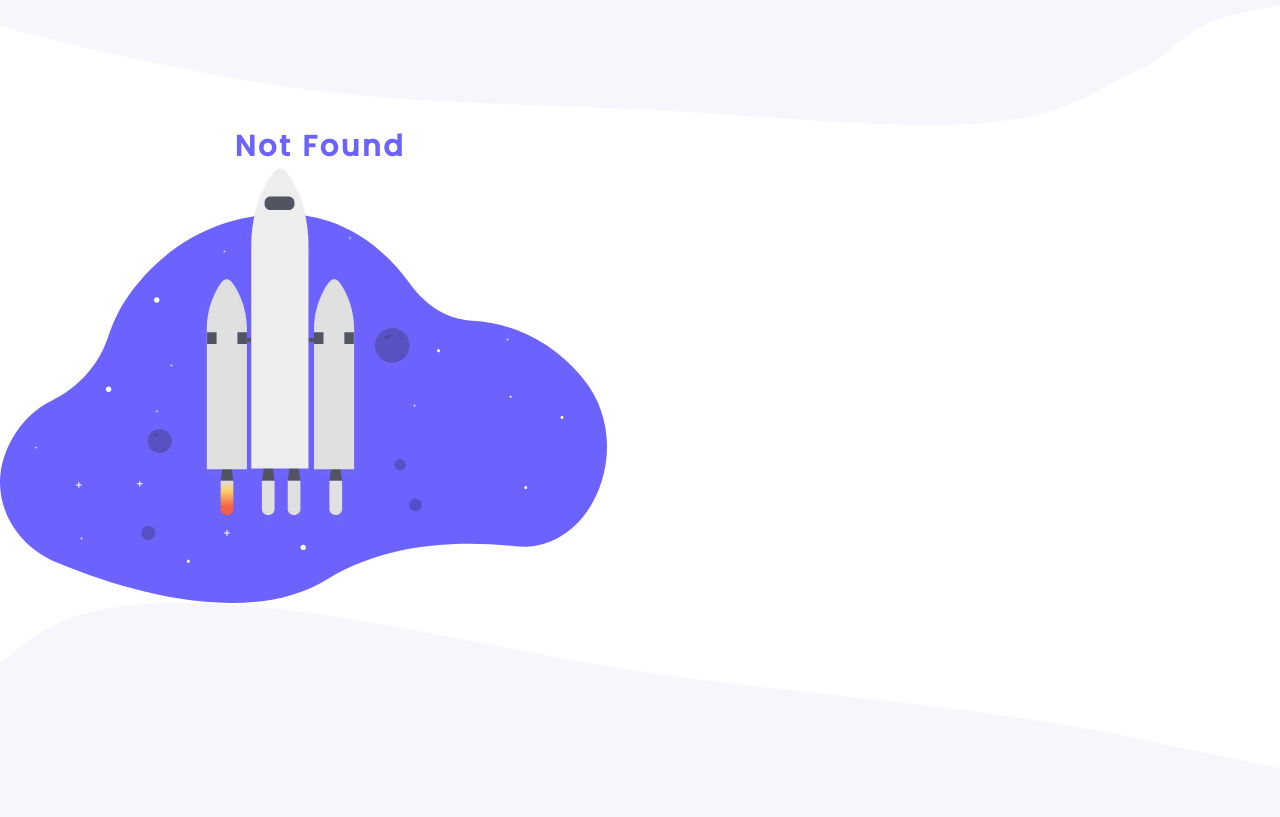
Repository: BrunoBross/countdown
Page: 404.html
These files come from the project's save history. The page is drawn as it stood at one moment and after the next save; the edit follows.
The browser window is 1280 px wide. The pictures show the whole page.

Above is the page before, as saved 2021-11-30 01:40:56.
Console error: TypeError: Cannot set properties of null (setting 'innerHTML')

### 404.html
<!DOCTYPE html>
<html lang="en">
<head>
  <meta charset="UTF-8">
  <meta http-equiv="X-UA-Compatible" content="IE=edge">
  <meta name="viewport" content="width=device-width, initial-scale=1.0">
  <link rel="shortcut icon" href="assets/rocket.svg" type="image/x-icon" />
  <title>404 - Not found</title>
  <link rel="stylesheet" href="./style.css">
  <link rel="preconnect" href="https://fonts.googleapis.com">
  <link rel="preconnect" href="https://fonts.gstatic.com" crossorigin>
  <link href="https://fonts.googleapis.com/css2?family=Poppins:wght@300;400;500&display=swap" rel="stylesheet">
</head>
<body>
  <div class="background">
    <img class="image" id="top" src="./assets/top-image.svg" alt="">
    <div class="center">
      <div class="content">
        <h1>Not Found</h1>
      </div>
      <img id="rocket" src="./assets/rocket.svg" alt="">
    </div>
    <img class="image" id="bottom" src="./assets/bottom-image.svg" alt="">
  </div>
</body>

<script src="./script.js"></script>
</html>

### style.css
*{
  padding: 0;
  margin: 0;
}

body{
  background-color: #FFF;
}

.background{
  height: 100vh;
  display: flex;
  flex-direction: column;
  justify-content: space-between;
}

.center{
  display: flex;
  justify-content: space-between;
  flex-wrap: wrap;
  width: 100vw;
}

.image{
  width: 100vw;
}

.clock{
  margin: 2vh 0;
  display: flex;
  gap: 1.2vw;
  align-items: flex-end;
  flex-wrap: wrap;
}

.time{
  display: flex;
  flex-direction: column;
  justify-content: center;
  align-items: center;
}

.time > p{
  font-family: 'Poppins', 'sans-serif';
  color: #C8C8C8;
}

.time > h1{
  font-family: 'Poppins', 'sans-serif';
  color: #4D4C59;
  font-size: 7vh;
  font-weight: 400;
}

.content{
  width: 50vw;
  display: flex;
  flex-direction: column;
  justify-content: center;
  align-items: center;
}

.content > h1{
  color: #6C63FF;
  font-family: 'Poppins', 'sans-serif';
  font-weight: 700;
  font-size: 4vh;
  letter-spacing: 0.2vw;
}

.content > p{
  font-family: 'Poppins', 'sans-serif';
  font-weight: 400;
  color: #9C9AB6;
}

.subscribe{
  margin-top: 3vh;
  width: 150px;
  height: 4vh;
  border: none;
  background-color: #6C63FF;
  border-radius: 10px;
  font-family: 'Poppins', 'sans-serif';
  font-weight: 400;
  font-size: 1.5vh;
  color: #FFF;
  box-shadow: 0 3px 4px 1px #00000050;
  cursor: pointer;
  transition: 0.2s;
}

.subscribe:hover{
  filter: brightness(0.9);
}

#rocket{
  margin-right: 3vw;
}

@media only screen and (max-width: 375px) {
  #rocket{
    display: none;
  }

  .center{
    justify-content: center;
    padding: 0;
  }

  .content{
    width: 85vw;
  }

  .content > h1{
    font-size: 3.5vh;
  }

  .background{
    height: 100vh;
  }
}

@media only screen and (max-width: 360px) {
  .content > p{
    font-size: 2vh;
  }
}

### script.js
// Set the date we're counting down to
var countDownDate = new Date("Jan 1, 2022 00:00:00").getTime();

// Update the count down every 1 second
var x = setInterval(function() {

  // Get today's date and time
  var now = new Date().getTime();

  // Find the distance between now and the count down date
  var distance = countDownDate - now;

  // Time calculations for days, hours, minutes and seconds
  var days = Math.floor(distance / (1000 * 60 * 60 * 24));
  var hours = Math.floor((distance % (1000 * 60 * 60 * 24)) / (1000 * 60 * 60));
  var minutes = Math.floor((distance % (1000 * 60 * 60)) / (1000 * 60));
  var seconds = Math.floor((distance % (1000 * 60)) / 1000);
  if(String(days).length == 1){
    days = '0'+days
  }
  if(String(hours).length == 1){
    hours = '0'+hours
  }
  if(String(minutes).length == 1){
    minutes = '0'+minutes
  }
  if(String(seconds).length == 1){
    seconds = '0'+seconds
  }

  // Display the result in the element with id="demo"
  document.querySelector("#days > h1").innerHTML = days
  document.querySelector("#hours > h1").innerHTML = hours
  document.querySelector("#minutes > h1").innerHTML = minutes
  document.querySelector("#seconds > h1").innerHTML = seconds

  // If the count down is finished, write some text
  if (distance < 0) {
    clearInterval(x);
    document.querySelector(".content > h1").innerHTML = "NEW YEAR!!";
  }
}, 1000);

After the next save:
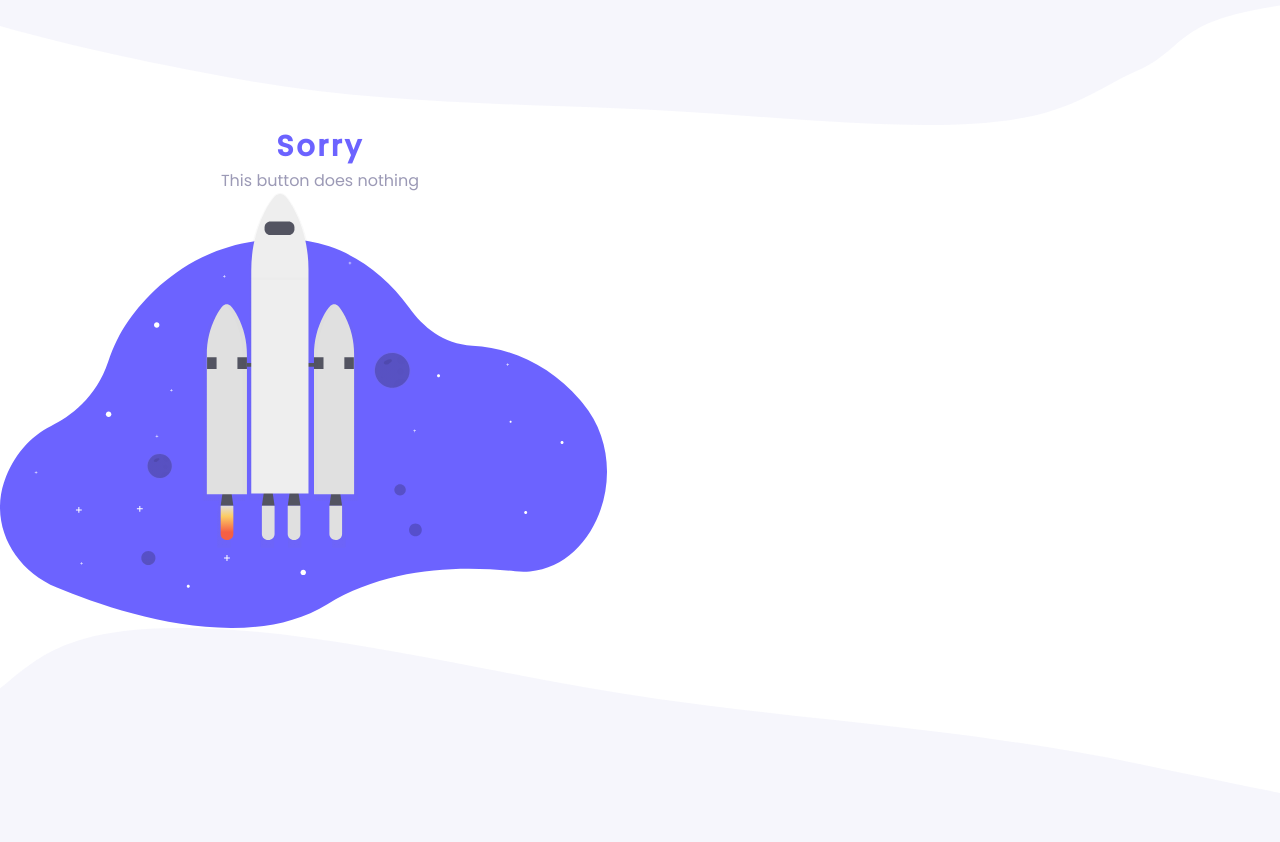
Saved 33 s later.
--- a/404.html
+++ b/404.html
@@ -16,7 +16,8 @@
     <img class="image" id="top" src="./assets/top-image.svg" alt="">
     <div class="center">
       <div class="content">
-        <h1>Not Found</h1>
+        <h1>Sorry</h1>
+        <p>This button does nothing</p>
       </div>
       <img id="rocket" src="./assets/rocket.svg" alt="">
     </div>
